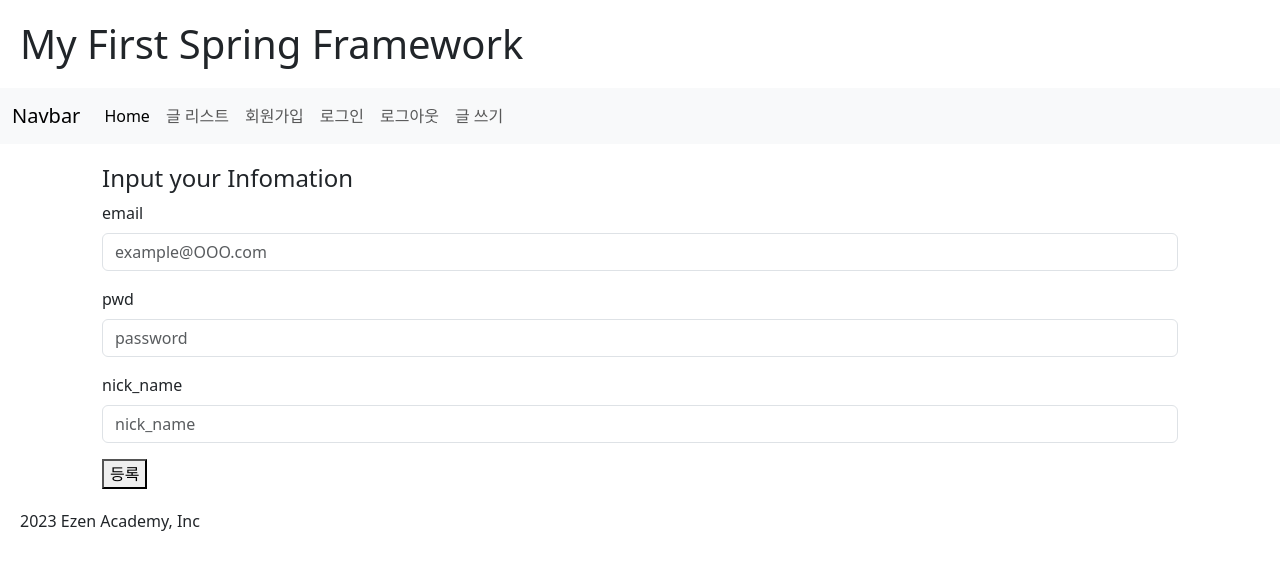
Repository: jinho0717/spring
Page: http://localhost/springProject/WEB-INF/views/member/register.jsp
The author's editor kept a copy of each file at every save. The page is drawn from the files as they stood at one save, then again after the next save.
The browser window is 1280 px wide. The pictures show the whole page.
The page is served by Tomcat 9. Nobody is signed in. The template is opened directly, without the code that normally fills it, so the values that code supplies are empty.

Above is the page before, as saved 2023-10-27 10:29:12.

After the next save:
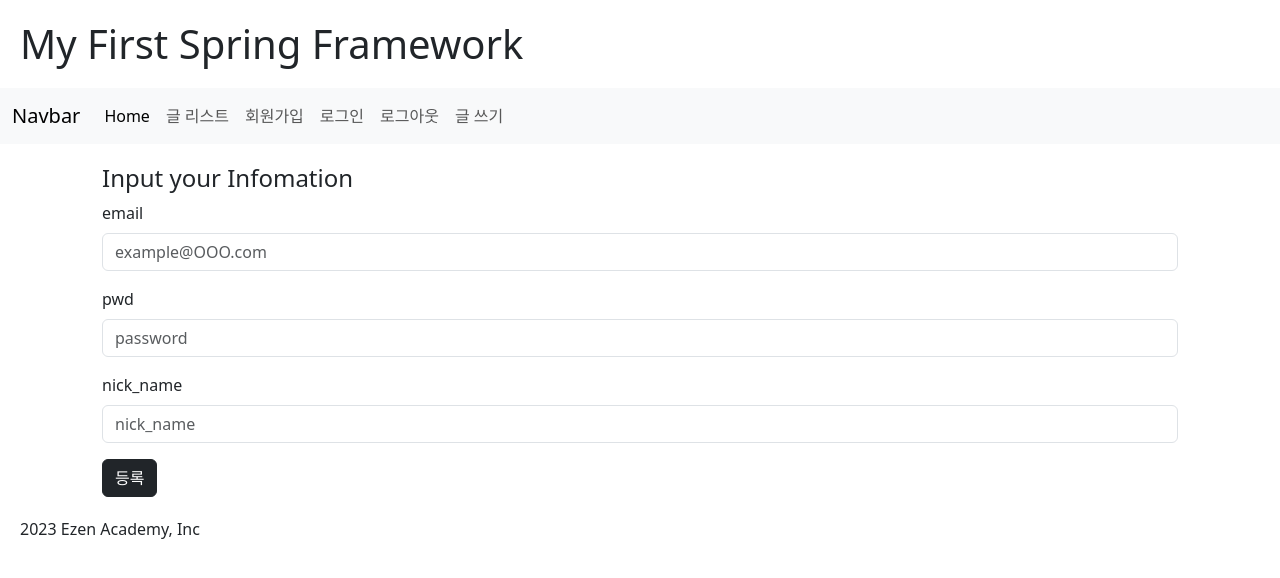
Saved 28 s later.
--- a/springProject/src/main/webapp/WEB-INF/views/member/register.jsp
+++ b/springProject/src/main/webapp/WEB-INF/views/member/register.jsp
@@ -26,7 +26,7 @@
 	  <label for="n" class="form-label">nick_name</label>
 	  <input type="text" class="form-control" name="nickName" id="p" placeholder="nick_name">
 	</div>
-	<button type="submit">등록</button>
+	<button type="submit" class="btn btn-dark">등록</button>
 </form>
 </div>
 
